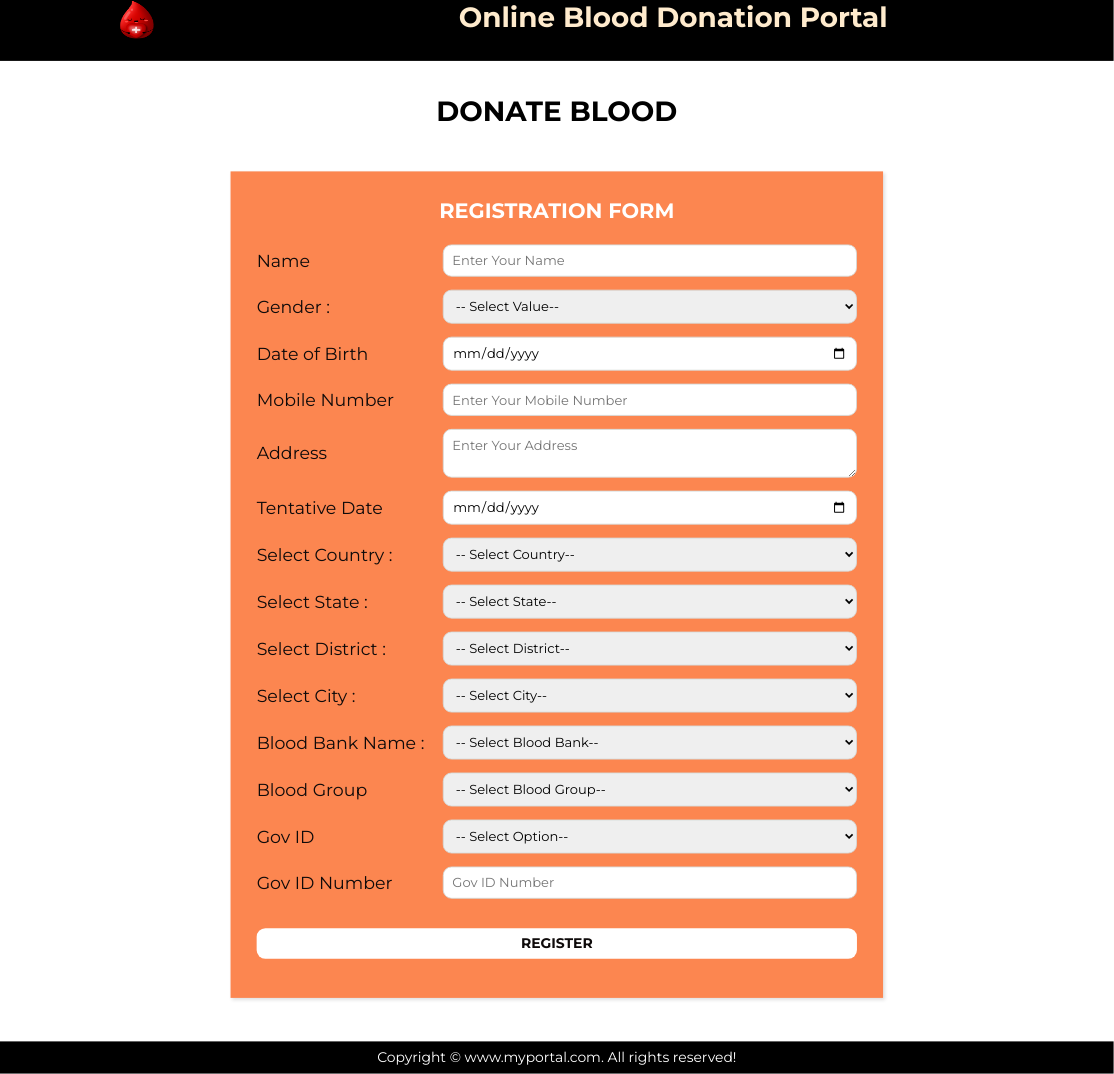
Repository: aditaya-burnwal/blood_donation_portal
Page: Donate Blood/donateblood.html
These files come from the project's save history. The page is drawn as it stood at one moment and after a run of saves; the edit follows.
The browser window is 1280 px wide. The pictures show the whole page, at 87% of full size.

Above is the page before, as saved 2021-05-16 14:13:12.

After the next 2 saves:
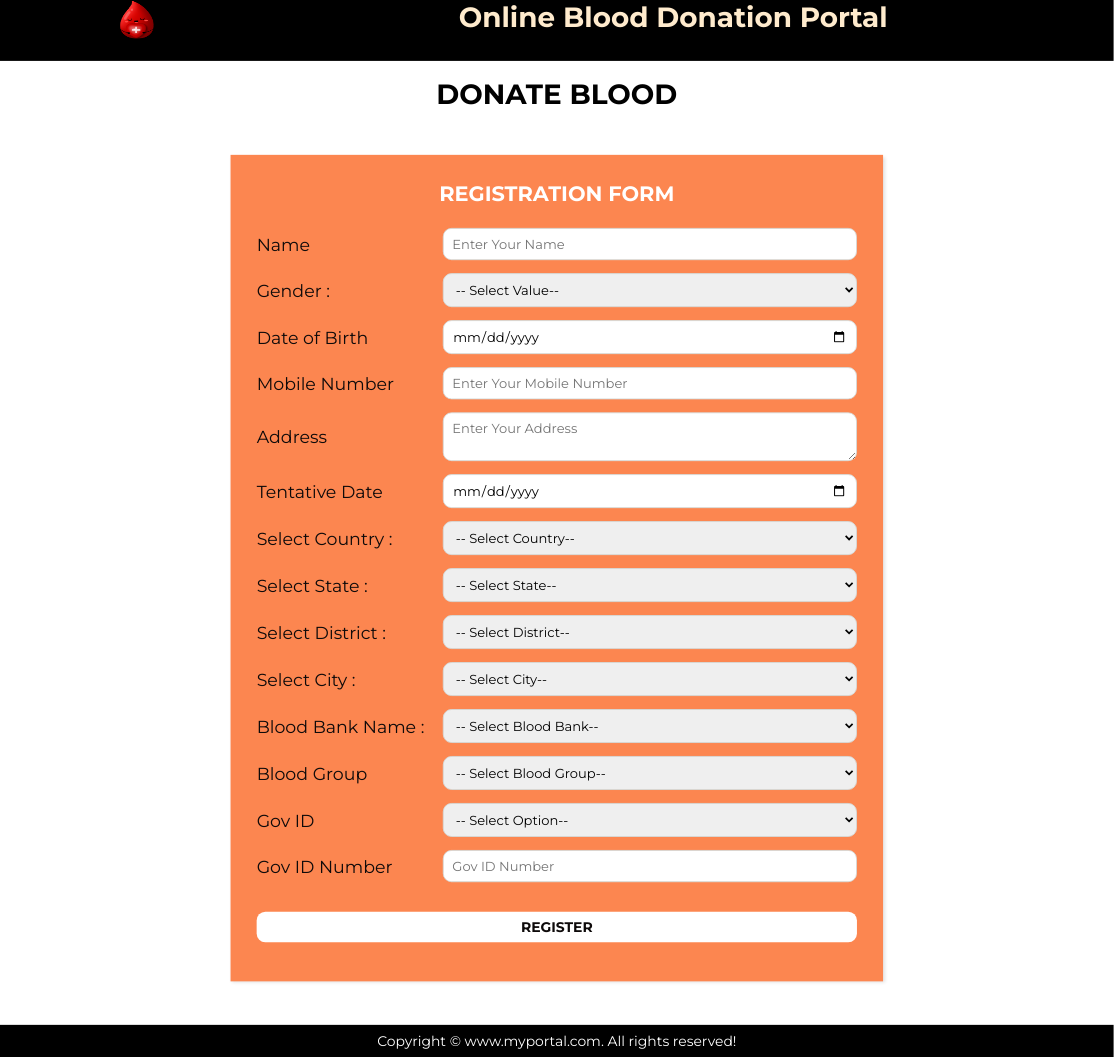
The 2 saves are shown as one change because they came seconds apart.
The last was saved 22 s later.
--- a/Donate Blood/donateblood.css
+++ b/Donate Blood/donateblood.css
@@ -133,7 +133,7 @@ html{
     height: 70px;
     justify-content: center;
     width: 100%;
-    display: flex;
+    display: inline-flex;
     background: black;
     flex-direction: row;
 }
